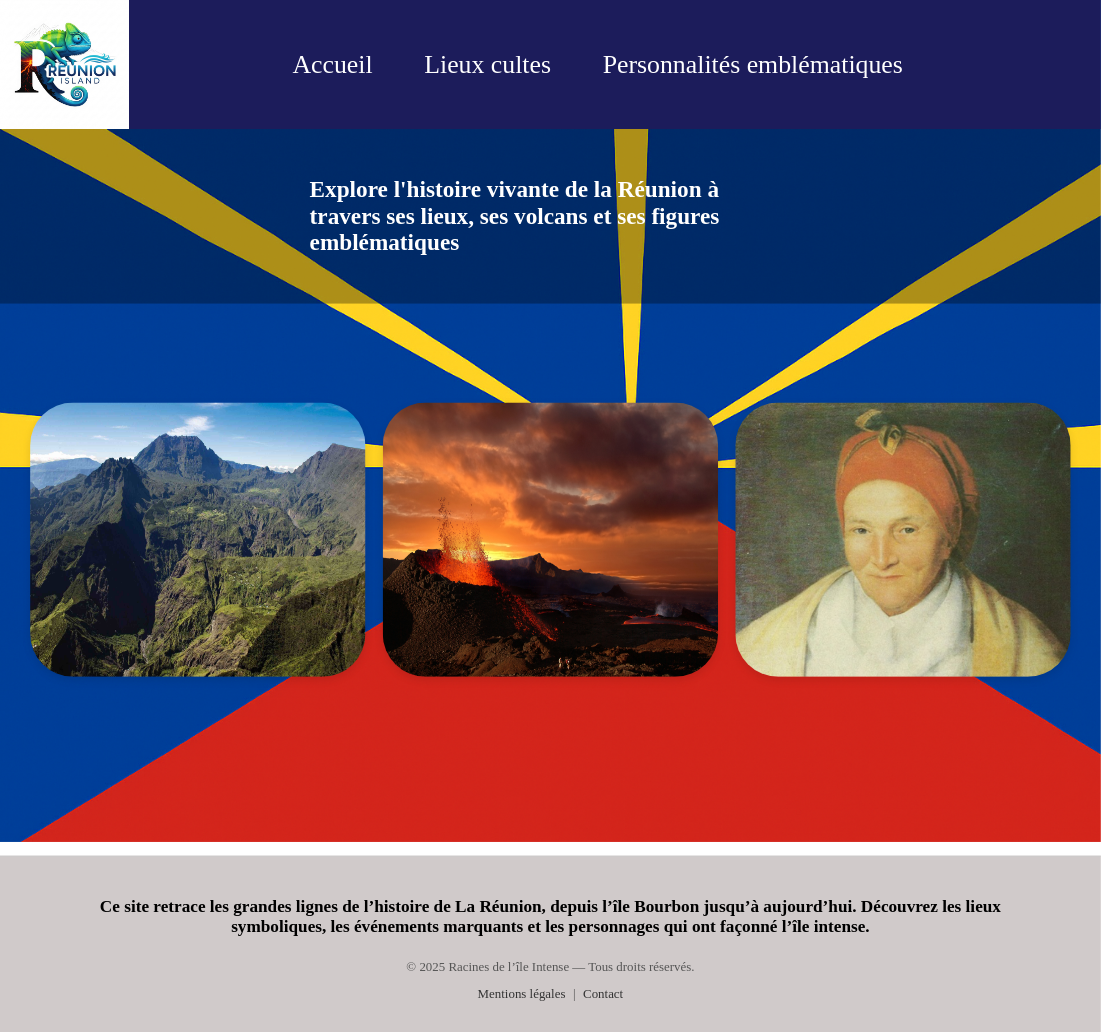
Repository: racinesintense974/Racines-de-lile-intense
Page: index.html
The author's editor kept a copy of each file at every save. The page is drawn from the files as they stood at one save, then again after the next save.
The browser window is 1280 px wide. The pictures show the whole page, at 86% of full size.

Above is the page before, as saved 2026-02-12 13:52:39.

After the next save:
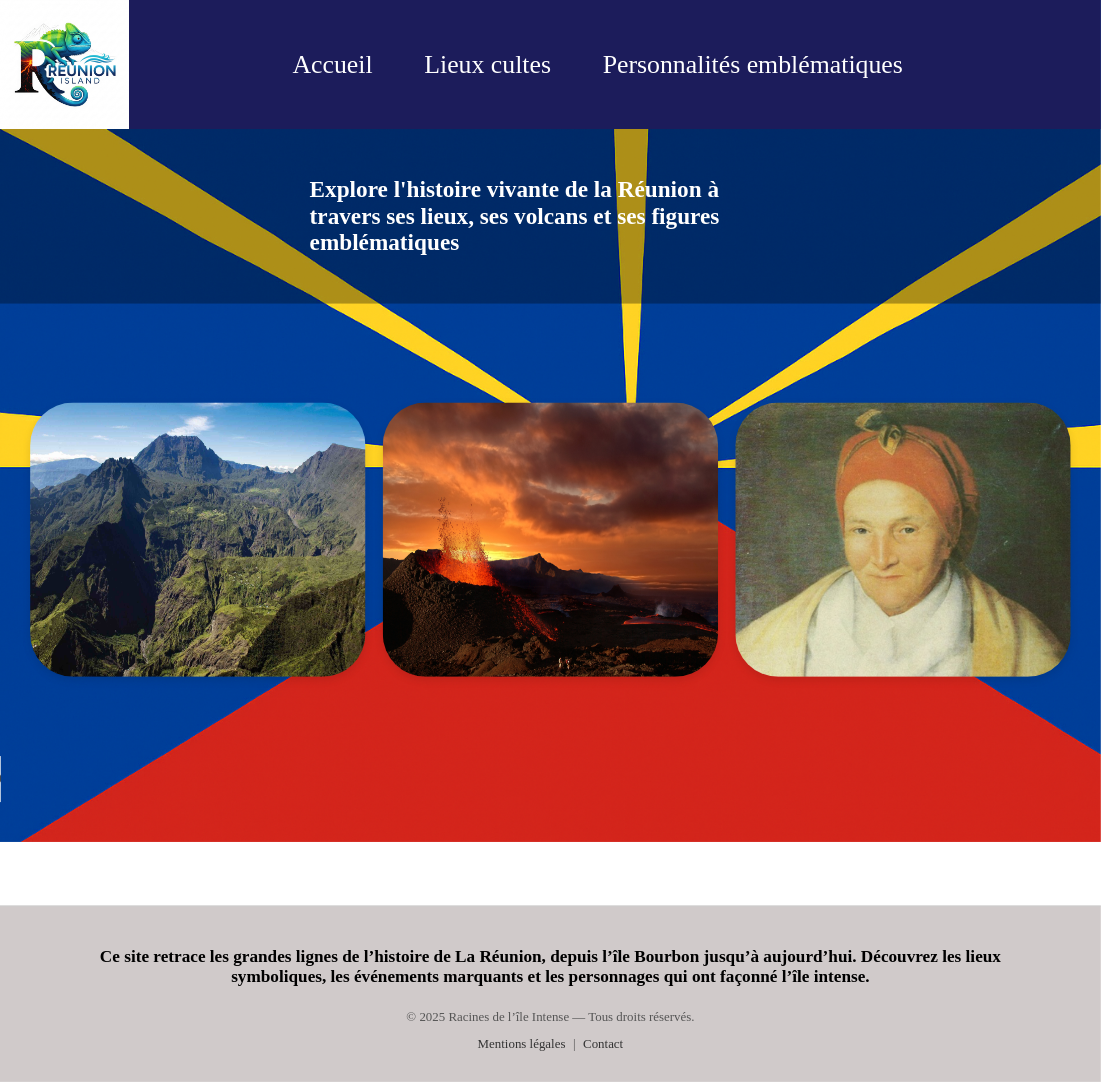
Saved 6 s later.
--- a/index.html
+++ b/index.html
@@ -51,6 +51,9 @@
 </section>
 </div>
 
+<audio controls>
+  <source src="musique.mp3" type="audio/mpeg">
+</audio>
 
 
    <footer class="footer">
